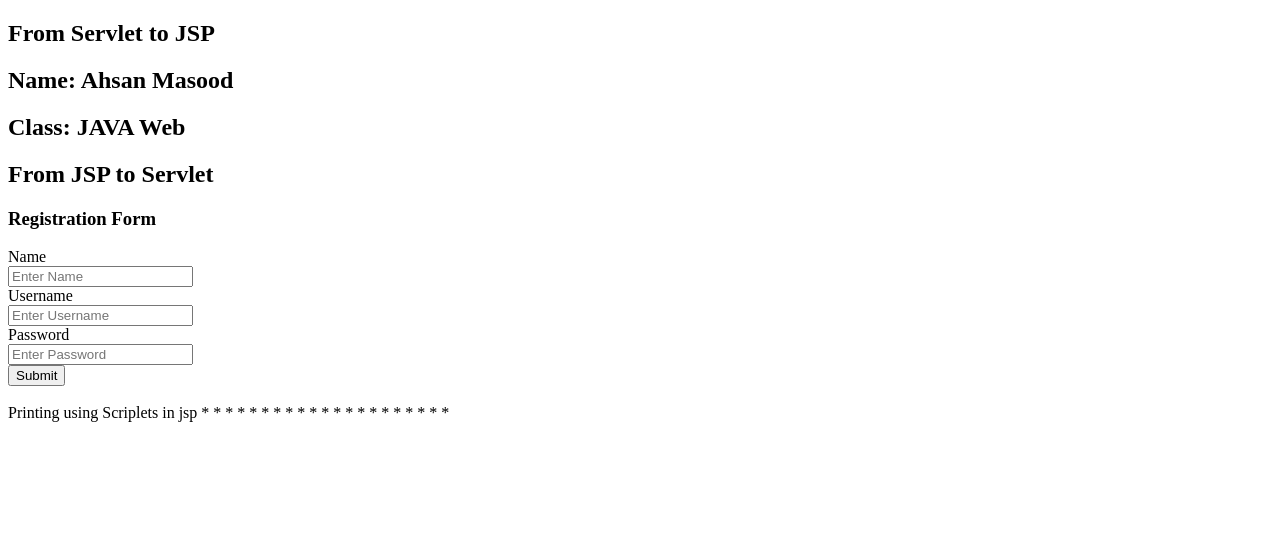
Repository: Ahsan-Masood98/Java-Web-Eng
Page: http://localhost/week2lab/helloworld
The author's editor kept a copy of each file at every save. The page is drawn from the files as they stood at one save, then again after a run of saves.
The browser window is 1280 px wide. The pictures show the whole page.
The page is served by Tomcat 9.

Above is the page before, as saved 2022-09-21 13:21:57.

### eclipse-workplace/week2lab/src/main/webapp/index.jsp
<%@ page language="java" contentType="text/html; charset=ISO-8859-1" pageEncoding="ISO-8859-1"%>
<!DOCTYPE html>
<html>
<head>
<meta charset="ISO-8859-1">
<title>Week 2 Lab</title>
</head>
<body>
	<h2>From Servlet to JSP</h2>
	<h2>Name: ${name}</h2>
	<h2>Class: ${course}</h2>
	<h2>From JSP to Servlet</h2>
	<h3>Registration Form</h3>
	<form action="helloworld" method ="post">
	<label>Name</label><br/>
	<input type=text name="name" placeholder="Enter Name"/><br/>
	<label>Username</label><br/>
	<input type=text name="username" placeholder="Enter Username"/><br/>
	<label>Password</label><br/>
	<input type=password name="password" placeholder="Enter Password"/><br/>
	<button type="submit">Submit</button>
	</form>
	<br>
	<% out.print("Printing using Scriplets in jsp"); %>
	<%
		int row=6;
		for(int i=0; i< row; i++){
			for(int j=row-i; j>=0; j--)
				out.println(" ");
			for(int k=0; k<=i; k++)
				out.println("* ");
			}
	%>

</body>
</html>

### eclipse-workplace/week2lab/src/main/java/com/ahsan/helloworld.java
package com.ahsan;

import java.io.IOException;
import java.io.PrintWriter;

import javax.servlet.RequestDispatcher;
import javax.servlet.ServletException;
import javax.servlet.annotation.WebServlet;
import javax.servlet.http.HttpServlet;
import javax.servlet.http.HttpServletRequest;
import javax.servlet.http.HttpServletResponse;

/**
 * Servlet implementation class helloworld
 */
@WebServlet("/helloworld")
public class helloworld extends HttpServlet {
	private static final long serialVersionUID = 1L;

    /**
     * Default constructor.
     */
    public helloworld() {
        // TODO Auto-generated constructor stub
    }

	/**
	 * @see HttpServlet#doGet(HttpServletRequest request, HttpServletResponse response)
	 */
	protected void doGet(HttpServletRequest request, HttpServletResponse response) throws ServletException, IOException {
		// TODO Auto-generated method stub
		response.getWriter().append("Served at: ").append(request.getContextPath());

		String destination ="index.jsp";
		RequestDispatcher requestDispatcher = request.getRequestDispatcher(destination);
		String name = "Ahsan Masood";
		request.setAttribute("name", name);
		String course = "JAVA Web";
		request.setAttribute("course", course);
		requestDispatcher.forward(request, response);
		// or request.getRequestDispatcher("index.js").forward(request, response);
	}

	/**
	 * @see HttpServlet#doPost(HttpServletRequest request, HttpServletResponse response)
	 */
	protected void doPost(HttpServletRequest request, HttpServletResponse response) throws ServletException, IOException {
		// TODO Auto-generated method stub
		doGet(request, response);
		response.setContentType("Text/HTML");
		String name = request.getParameter("name");
		String username = request.getParameter("username");
		String password = request.getParameter("password");
		PrintWriter out = response.getWriter();
		out.println("<h1> Name: " + name + "</h1> <br/> <h1> Username: " + username + "</h1> <br/>");
	}

}

After the next 3 saves:
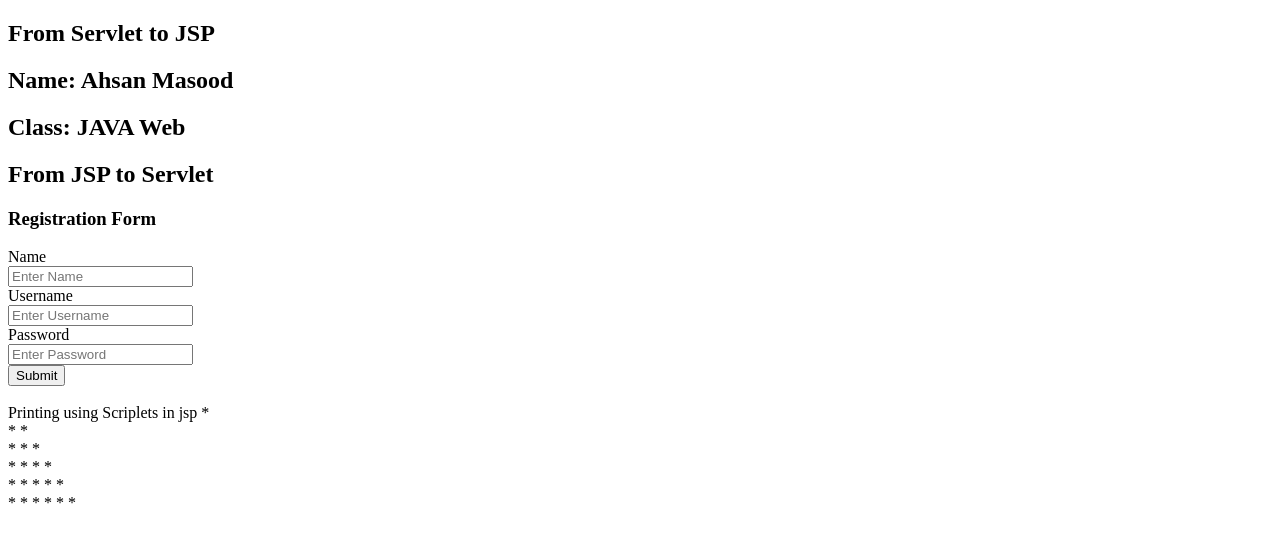
The 3 saves are shown as one change because 1 did not build or start and some came seconds apart.
The last was saved 3 min 0 s later.
--- a/eclipse-workplace/week2lab/src/main/webapp/index.jsp
+++ b/eclipse-workplace/week2lab/src/main/webapp/index.jsp
@@ -29,7 +29,8 @@
 				out.println(" ");
 			for(int k=0; k<=i; k++)
 				out.println("* ");
-			}
+			out.print("<br/>");
+		}
 	%>
 
 </body>
